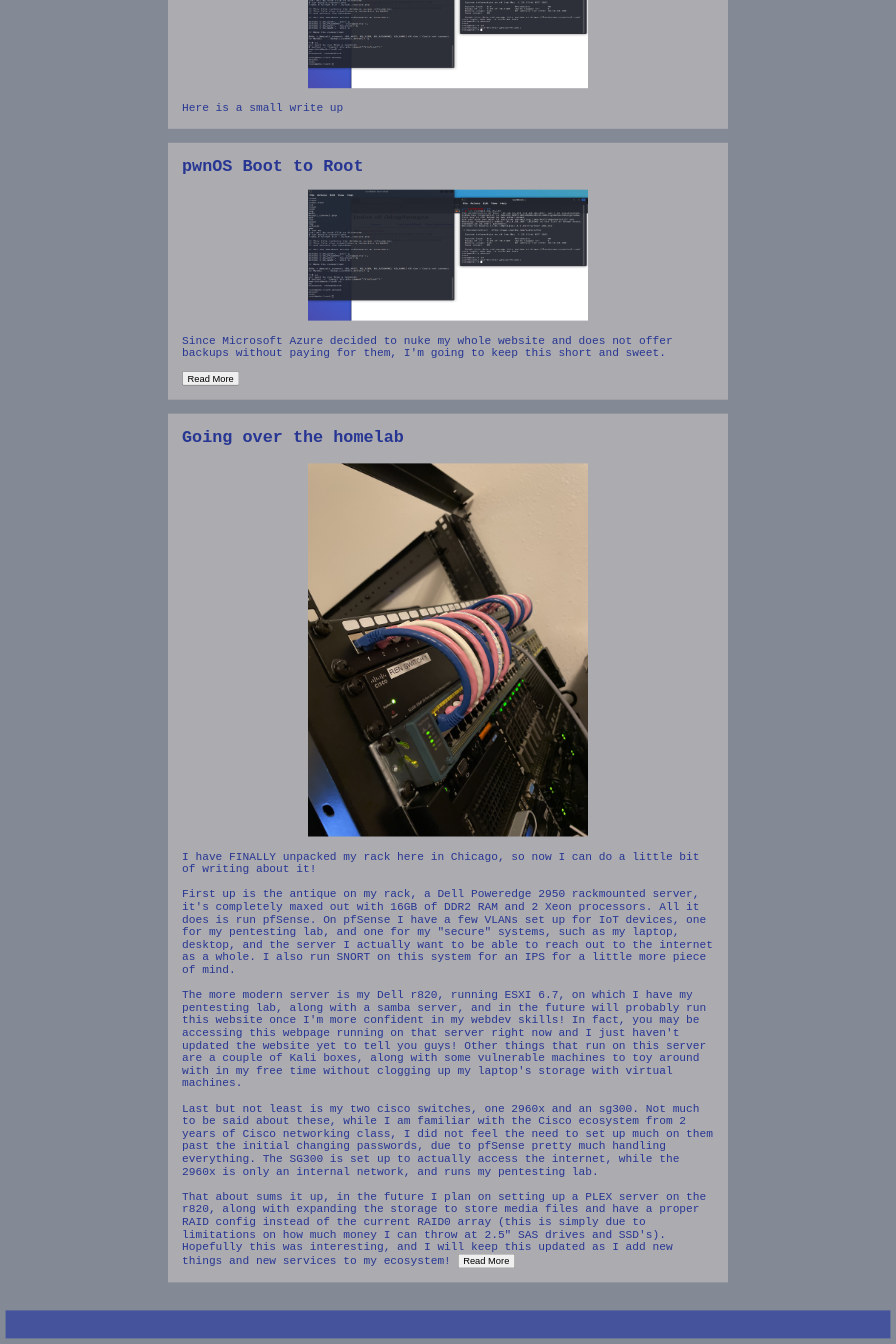
Repository: RennarDeer/RenDev
Page: index.html
An editor plug-in stored every save of this project. The page is shown before and after the next save, followed by the edit.
The browser window is 1280 px wide. The pictures show the part of the page from y = 810 to 2730 px (the page is 2730 px tall before and 2707 px after), at 70% of full size.

Above is the page before, as saved 2023-03-08 10:03:16.

### index.html
<!DOCTYPE html>
<html>
  <head>
    <title>Rennar's Website</title>
    <link rel="stylesheet" type="text/css" href="style.css">

  </head>
  <body>
    <header>
      <h1>Ren's Dumb Website</h1>

    </header>
     <!-- "About" section -->
     <section id="about" class="intro">
        <!--Replace with your own image-->
        <center><img src="renpic.JPG"
            alt="RennarPicture" height=375px;>
        <h2 class="section-title">Hi, I'm Ren!</h2>
        <p>
            A little bit about myself, I'm Rennar, or Ren for short. I'm a 25 year old girl from North Dakota
            who is currently living in Chicago, Illinois. My hobbies are mainly focused on my home lab, and security research.
            <br><br>
            My other hobbies include a little bit of light gaming when I have the time, skateboarding, cooking, and photography.</center>
	</p>
    </section>
    <main>

        <article>
            <h2>OWASP IoT GOAT</h2>

            <img src="boot2root.png" alt="Boot2Root">

            Here is a small write up
          </article>
      <article>
        <h2>pwnOS Boot to Root</h2>

        <img src="boot2root.png" alt="Boot2Root">

        <p>Since Microsoft Azure decided to nuke my whole website and does not offer backups without
        paying for them, I'm going to keep this short and sweet.</p>

        <button id="read-more-btn">Read More</button>

        <div id="article-more" style="display: none;">

            <p>
        pwnOS 2.0 isn't known as a difficult box to break into, but it makes for a good starting out
        point for people new to CTFs. A quick rundown of this box is that it is a simple blog for a
        company, running a vulnerable version of SimplePHP. Executing a remote command to reset
        the admin password is a fairly simple perl script that comes with Kali Linux, after running it,
        you can log into the site.

            <br><br>

        This doesn't get you very far, but you'll be able to upload ANY file
        you would like. So naturally I set up netcat, uploaded and ran a reverse shell. After this its
        fairly trivial to find the root password in a config file the website owner left us, and now
        we can directly ssh into the box as root, completing this CTF.
        </p>
        <script src="readmore.js"></script>
        </article>
      <article>
        <h3>Going over the homelab</h3>

                        <img src="rackpic.JPG" alt="RensRack">

                        I have FINALLY unpacked my rack here in Chicago, so now I can do a little bit of writing about it!

                            <br><br>


                        First up is the antique on my rack, a Dell Poweredge 2950 rackmounted server, it's completely
                        maxed out with 16GB of DDR2 RAM and 2 Xeon processors. All it does is run pfSense. On pfSense
                        I have a few VLANs set up for IoT devices, one for my pentesting lab, and one for my "secure"
                        systems, such as my laptop, desktop, and the server I actually want to be able to reach out
                        to the internet as a whole. I also run SNORT on this system for an IPS for a little more piece
                        of mind.

                        <br><br>

                        The more modern server is my Dell r820, running ESXI 6.7, on which I have my pentesting lab,
                        along with a samba server, and in the future will probably run this website once I'm more confident
                        in my webdev skills! In fact, you may be accessing this webpage running on that server right now and
                        I just haven't updated the website yet to tell you guys! Other things that run on this server are a
                        couple of Kali boxes, along with some vulnerable machines to toy around with in my free time without
                        clogging up my laptop's storage with virtual machines.

                            <br><br>

                        Last but not least is my two cisco switches, one 2960x and an sg300. Not much to be said about these,
                        while I am familiar with the Cisco ecosystem from 2 years of Cisco networking class, I did not feel
                        the need to set up much on them past the initial changing passwords, due to pfSense pretty much handling
                        everything. The SG300 is set up to actually access the internet, while the 2960x is only an internal
                        network, and runs my pentesting lab.

                            <br><br>

                        That about sums it up, in the future I plan on setting up a PLEX server on the r820, along with expanding
                        the storage to store media files and have a proper RAID config instead of the current RAID0 array (this is
                        simply due to limitations on how much money I can throw at 2.5" SAS drives and SSD's). Hopefully this was
                        interesting, and I will keep this updated as I add new things and new services to my ecosystem!

                        <button onclick="readMore(this)">Read More</button>

            </article>
    </main>
    <footer>
    </footer>
  </body>
</html>

### style.css
body {
    background-color: #838995;
    color: #273693;
    font-family: "Courier New", Courier, monospace;
    font-size: 16px;
  }

  header {
    background-color: #44539c;
    color: #ababb0;
    padding: 20px;
    display: flex;
    justify-content: space-between;
    align-items: center;
  }

  nav ul {
    list-style: none;
    margin: 0;
    padding: 0;
    display: flex;
  }

  nav ul li {
    margin: 0 10px;
  }

  nav ul li a {
    color: #ababb0;
    text-decoration: none;
  }

  main {
    max-width: 800px;
    margin: 0 auto;
    padding: 20px;
  }

  article {
    background-color: #ababb0;
    padding: 20px;
    margin-bottom: 20px;
  }

  article h2 {
    color: #273693;
    font-size: 24px;
    margin-top: 0;
  }

  article img {
    display: block;
    margin: 20px auto;
    width: 400px;
    height: auto;
  }

  article h3 {
    color: #273693;
    font-size: 24px;
    margin-top: 0;
  }

  article img {
    display: block;
    margin: 20px auto;
    width: 400px;
    height: auto;
  }

  footer {
    background-color: #44539c;
    color: #ababb0;
    padding: 20px;
    text-align: center;
  }

### readmore.js
var readMoreBtn = document.getElementById("read-more-btn");
var articleMore = document.getElementById("article-more");

readMoreBtn.addEventListener("click", function() {
    if (articleMore.style.display === "none") {
        articleMore.style.display = "block";
        readMoreBtn.innerText = "Read Less";
    } else {
        articleMore.style.display = "none";
        readMoreBtn.innerText = "Read More";
    }
});

After the next save:
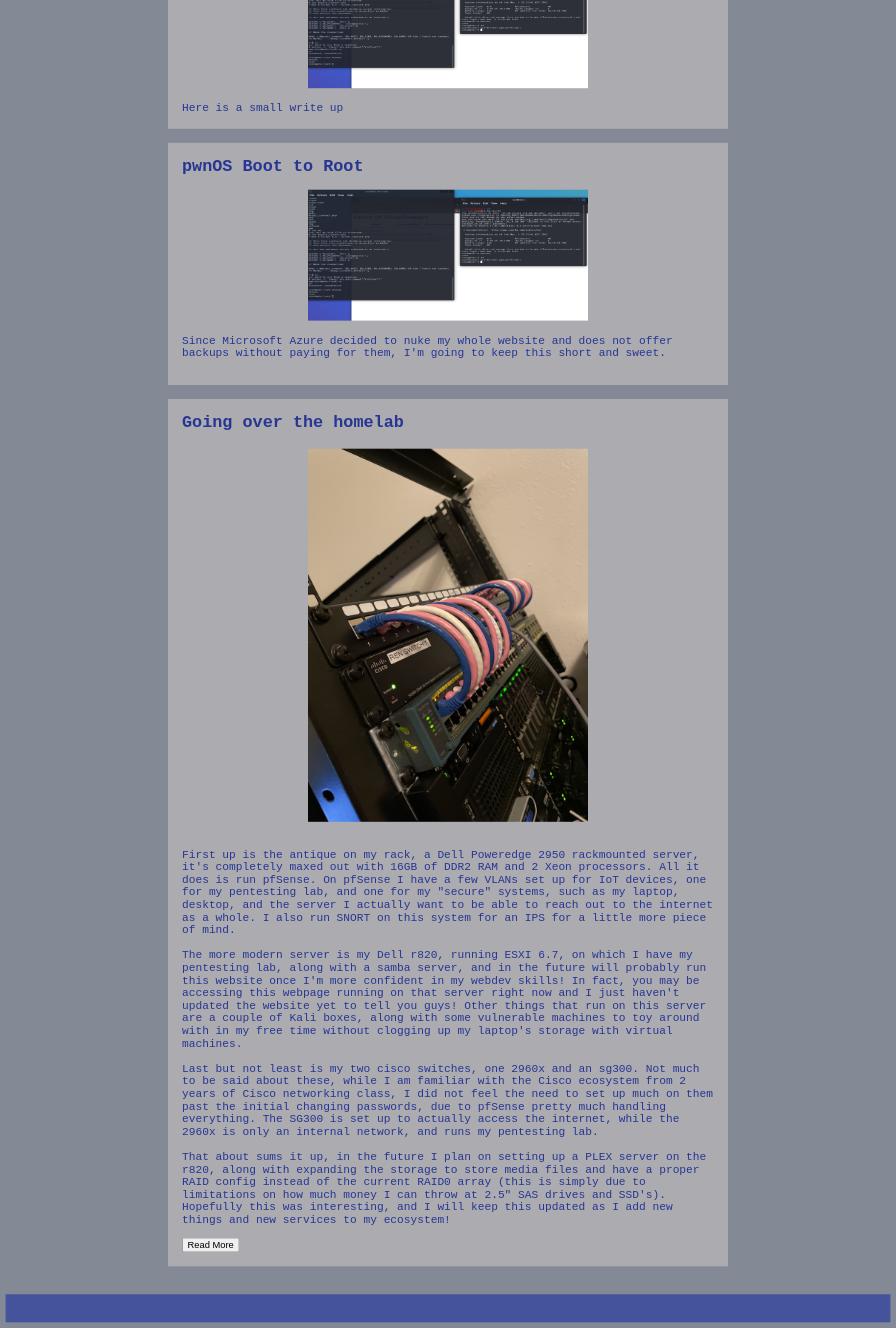
Saved 3 min 4 s later.
--- a/index.html
+++ b/index.html
@@ -40,7 +40,7 @@
         <p>Since Microsoft Azure decided to nuke my whole website and does not offer backups without
         paying for them, I'm going to keep this short and sweet.</p>
 
-        <button id="read-more-btn">Read More</button>
+
 
         <div id="article-more" style="display: none;">
 
@@ -58,12 +58,14 @@
         fairly trivial to find the root password in a config file the website owner left us, and now
         we can directly ssh into the box as root, completing this CTF.
         </p>
-        <script src="readmore.js"></script>
+        <button onclick="readMore(this)">Read More</button>
         </article>
       <article>
         <h3>Going over the homelab</h3>
 
                         <img src="rackpic.JPG" alt="RensRack">
+
+                        <p class="content"
 
                         I have FINALLY unpacked my rack here in Chicago, so now I can do a little bit of writing about it!
 
@@ -101,6 +103,7 @@
                         simply due to limitations on how much money I can throw at 2.5" SAS drives and SSD's). Hopefully this was
                         interesting, and I will keep this updated as I add new things and new services to my ecosystem!
 
+                          </p>
                         <button onclick="readMore(this)">Read More</button>
 
             </article>
